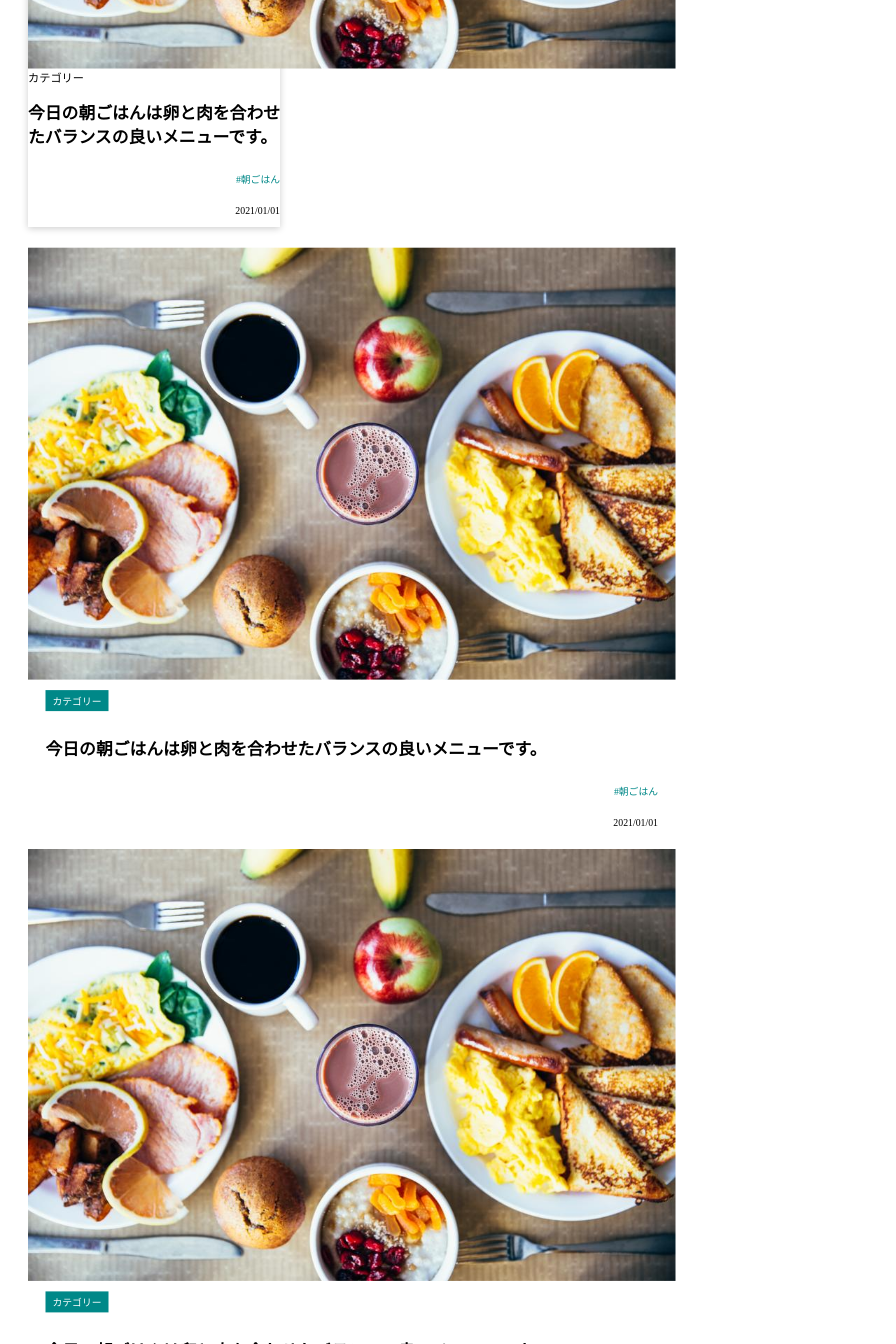
Repository: 9136424556/todo01
Page: coachtech/html-css/css2-3問.html
These files come from the project's save history. The page is drawn as it stood at one moment and after the next save; the edit follows.
The browser window is 1280 px wide. The pictures show the part of the page from y = 527 to 2447 px (the page is 2606 px tall before and 2474 px after), at 70% of full size.

Above is the page before, as saved 2023-12-04 01:13:34.

After the next save:
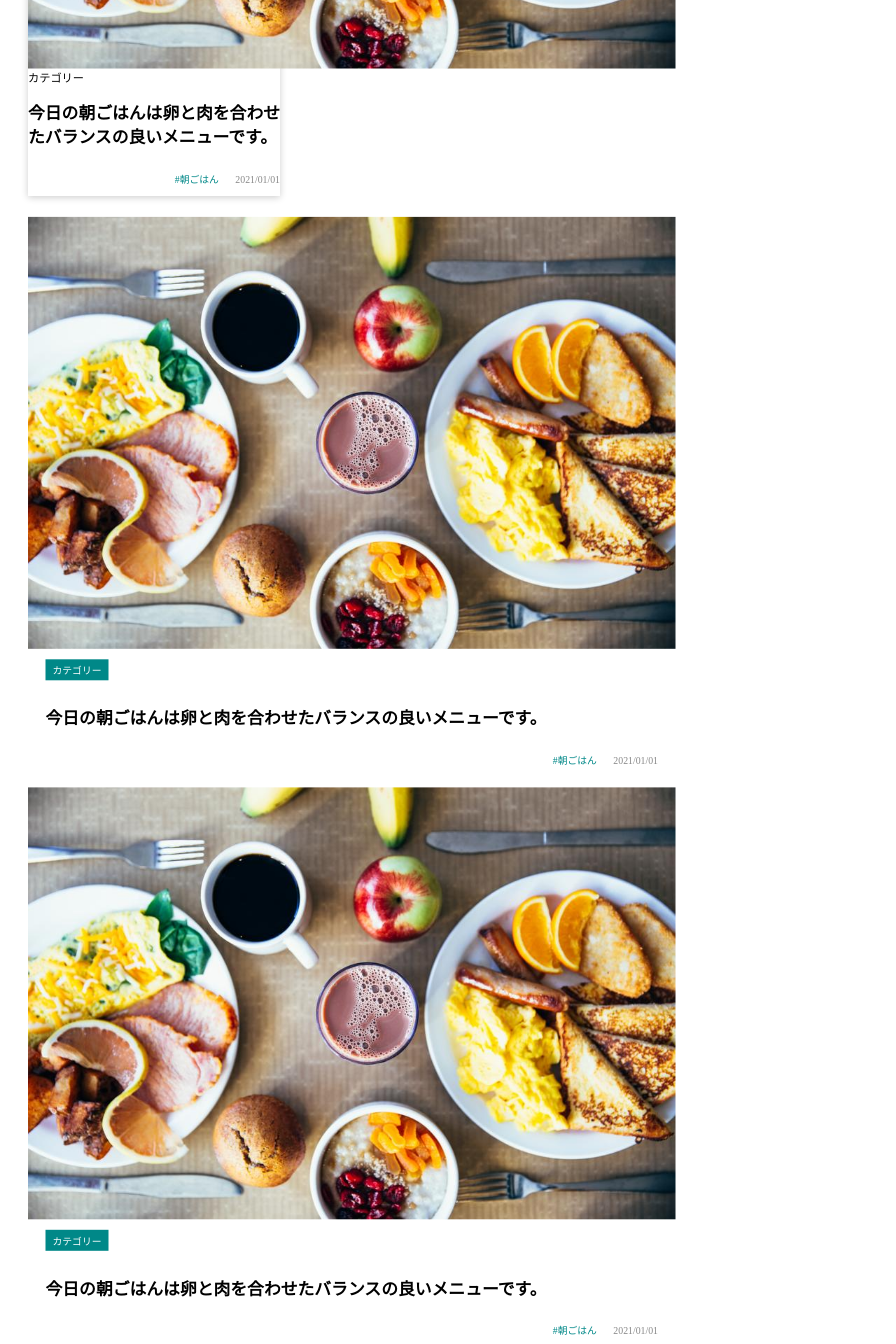
Saved 100 s later.
--- a/coachtech/html-css/css/css2-3問.css
+++ b/coachtech/html-css/css/css2-3問.css
@@ -40,7 +40,9 @@
     color:#008888;
 }
 .card__date{
-
+   display: inline-block;
+   margin-left: 20px;
+   color: #888;
 }
 @media screen and (min-width:768px){
     .practice-card{
